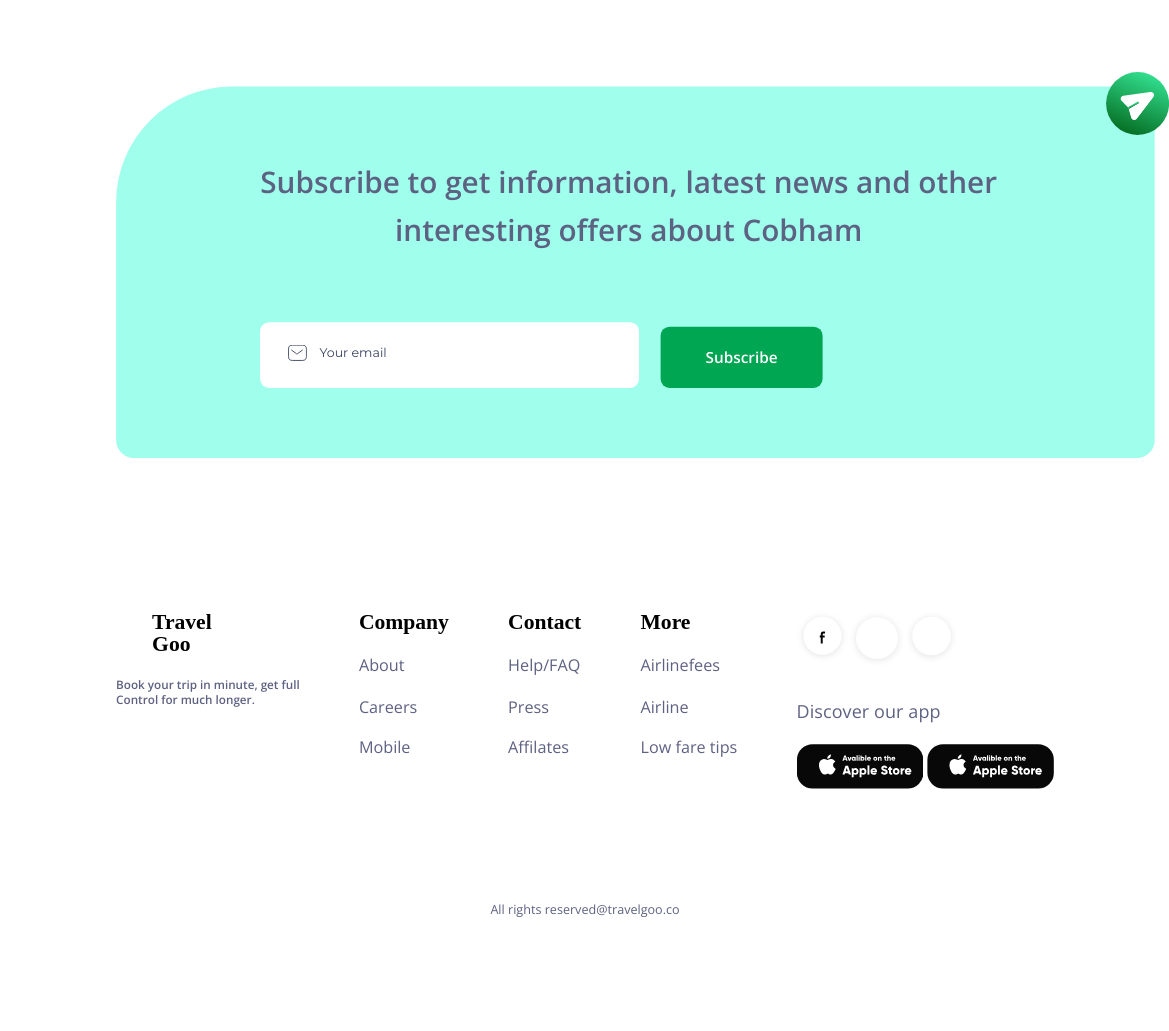
Repository: HeybetzadeQedim/task-5
Page: index.html
The author's editor kept a copy of each file at every save. The page is drawn from the files as they stood at one save, then again after a run of saves.
The browser window is 1280 px wide. The page is 1299 px wide, so the pictures cover 1299 px, including what lies to the right of the window. The pictures show the whole page, at 90% of full size.
Some web fonts or font styles are not loaded; a fallback is used.

Above is the page before, as saved 2023-10-16 16:13:15.

After the next 4 saves:
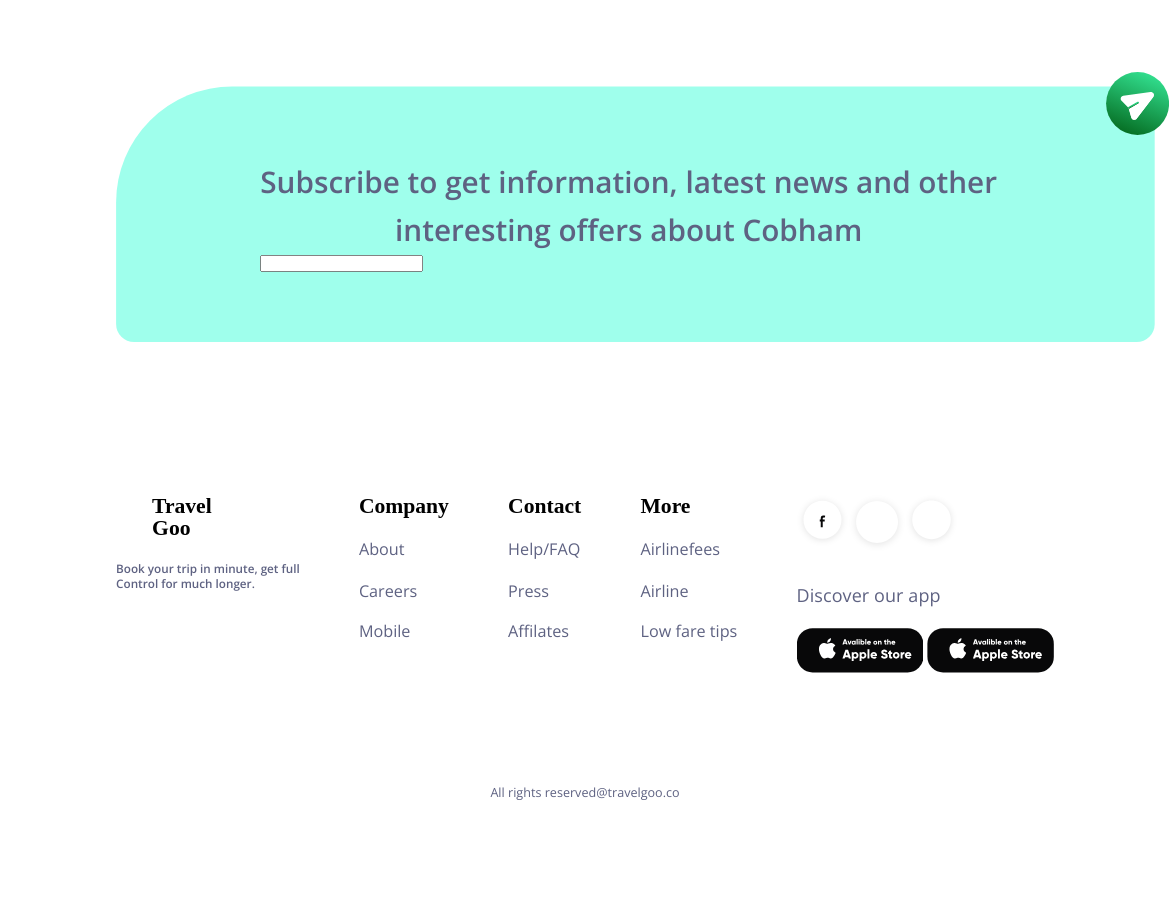
The 4 saves are shown as one change because they came seconds apart.
The last was saved 88 s later.
--- a/index.html
+++ b/index.html
@@ -15,15 +15,9 @@
             offers about Cobham
           </h1>
 
-          <div class="flex-container">
-            <div class="flex-container-2">
-              <img src="images/Group 46.svg" />
-              <p>Your email</p>
-            </div>
-            <div class="button-container">
-              <p>Subscribe</p>
-            </div>
-          </div>
+  <form action="">
+    <input type="text">
+  </form>
         </div>
         <div class="image-container">
           <img src="images/Group 77 (1).svg" />
